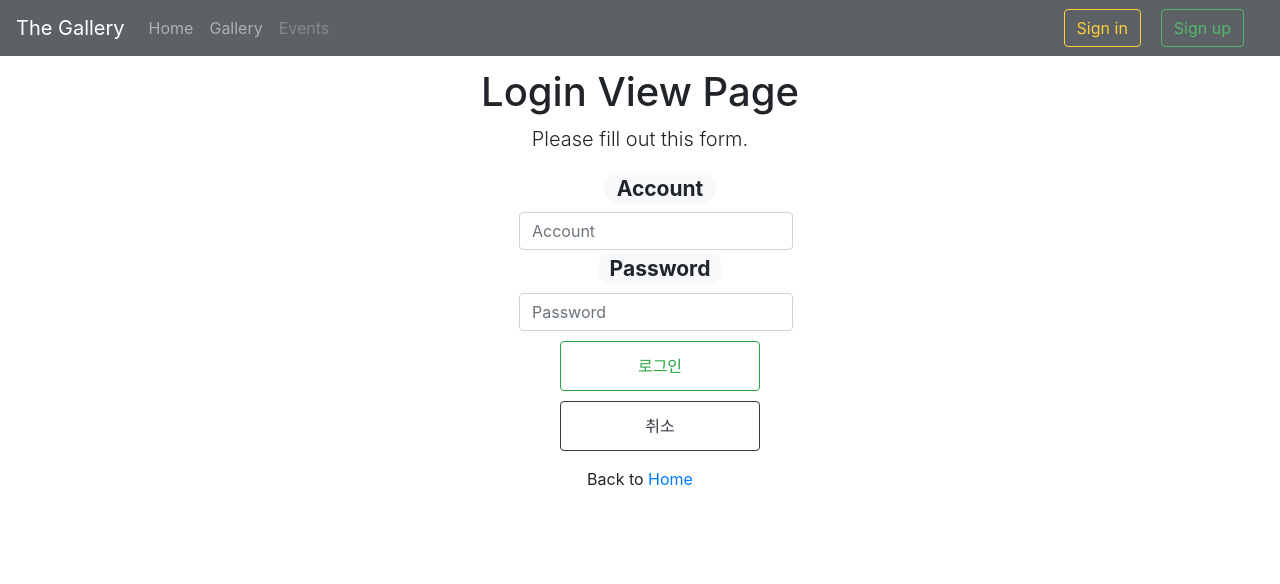
Repository: caramelsyrup/SpringProject1
Page: http://localhost/gallery/WEB-INF/views/customLogin.jsp
An editor plug-in stored every save of this project. The page is shown before and after the next save, followed by the edit.
The browser window is 1280 px wide. The pictures show the whole page.
The page is served by Tomcat 9. Nobody is signed in. The template is opened directly, without the code that normally fills it, so the values that code supplies are empty.

Above is the page before, as saved 2020-11-21 12:14:43.

After the next save:
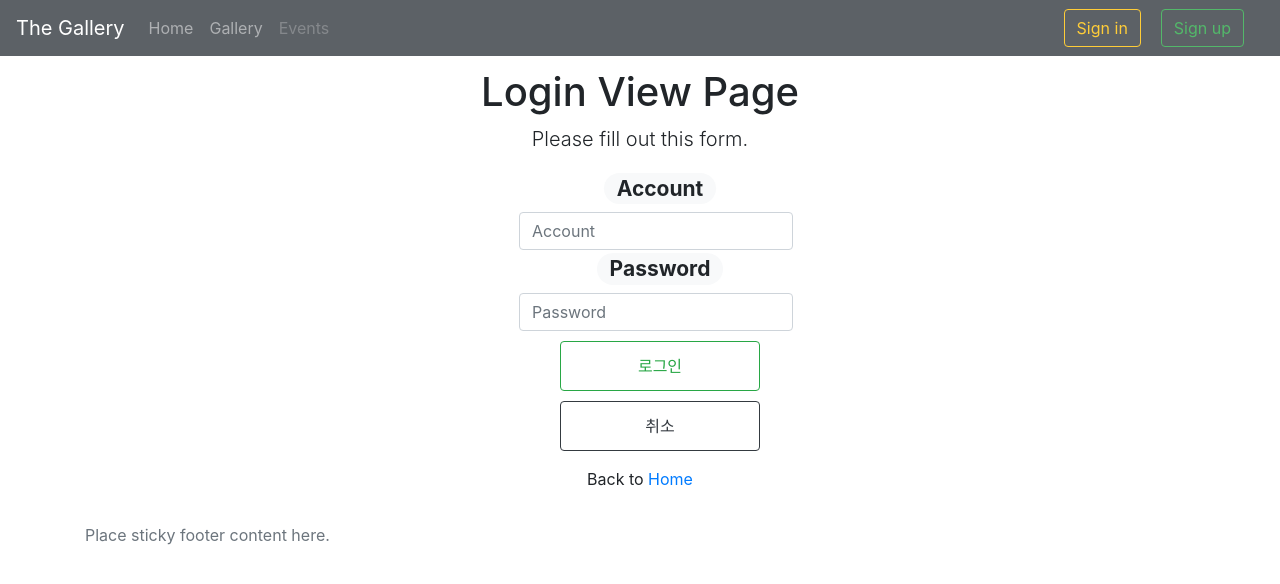
Saved 36 min 12 s later.
--- a/gallery/src/main/webapp/WEB-INF/views/customLogin.jsp
+++ b/gallery/src/main/webapp/WEB-INF/views/customLogin.jsp
@@ -27,6 +27,10 @@
 
 	<script type="text/javascript" src="/resources/js/login.js"></script>
 </main>
-
+<footer class="footer mt-auto py-3">
+  <div class="container">
+    <span class="text-muted">Place sticky footer content here.</span>
+  </div>
+</footer>
 </body>
 </html>
